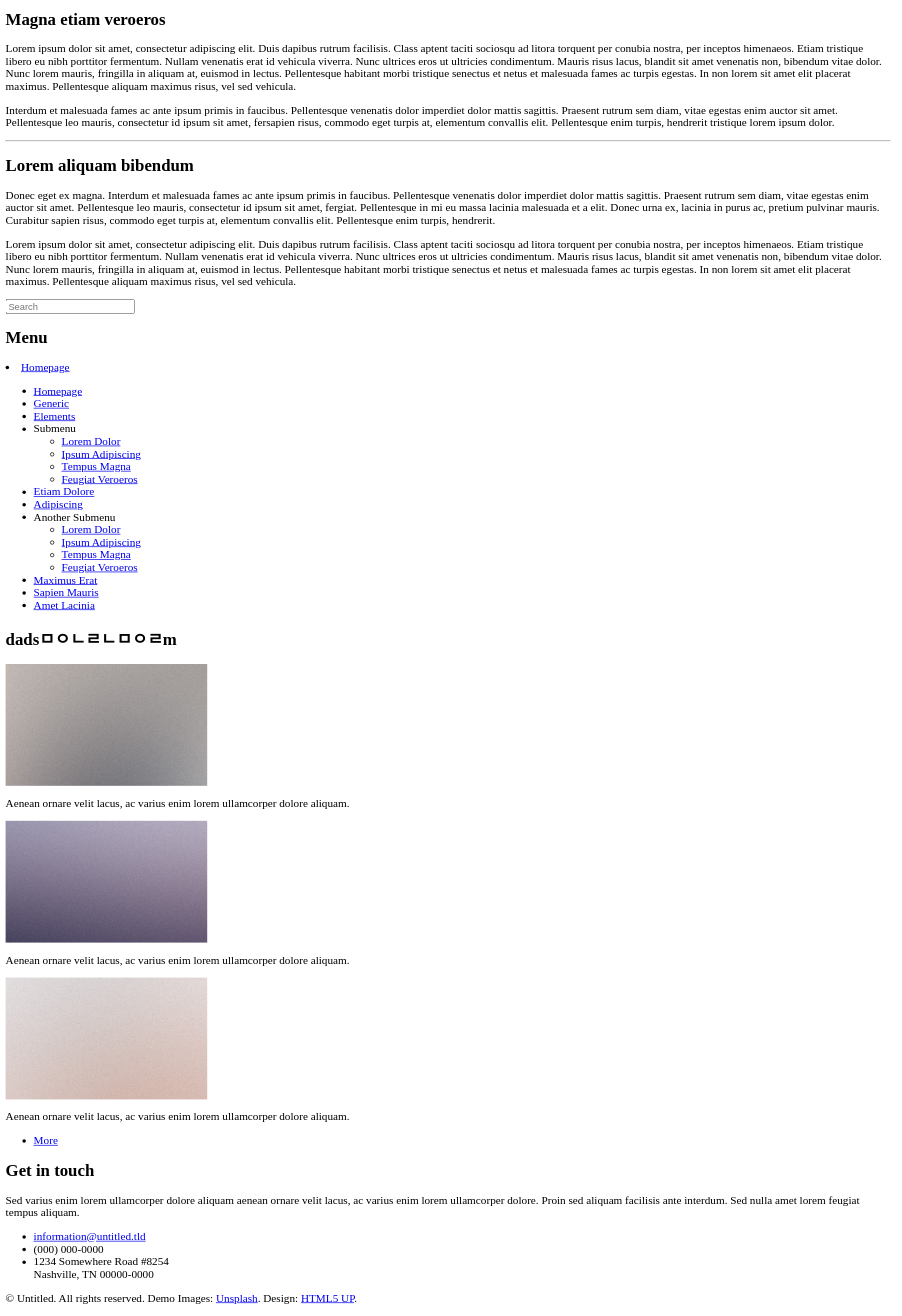
Repository: noCountJun/blog
Page: http://localhost/blogProject2/WEB-INF/views/board/bootTest.jsp
An editor plug-in stored every save of this project. The page is shown before and after the next save, followed by the edit.
The browser window is 1280 px wide. The page is 1288 px wide, so the pictures cover 1288 px, including what lies to the right of the window. The pictures show the part of the page from y = 1111 to 2991 px (the page is 2991 px tall before and 2957 px after), at 70% of full size.
The page is served by Tomcat 9. Nobody is signed in. Other server files are loaded and not shown. The template is opened directly, without the code that normally fills it, so the values that code supplies are empty.

Above is the page before, as saved 2019-08-20 07:26:15.

### blogProject2/src/main/webapp/WEB-INF/views/board/bootTest.jsp
<%@ page contentType="text/html; charset=utf-8" pageEncoding="utf-8"%>
<%@ taglib uri="http://java.sun.com/jsp/jstl/core" prefix="c" %>
<%@ page session="false" %>




		<!-- Wrapper -->
			<div id="wrapper">

				<!-- Main -->
					<div id="main">
						<div class="inner">

							<!-- Header -->
								<header id="header">
									<a href="index.html" class="logo"><strong>Editorial</strong> by HTML5 UP</a>
									<ul class="icons">
										<li><a href="#" class="icon brands fa-twitter"><span class="label">Twitter</span></a></li>
										<li><a href="#" class="icon brands fa-facebook-f"><span class="label">Facebook</span></a></li>
										<li><a href="#" class="icon brands fa-snapchat-ghost"><span class="label">Snapchat</span></a></li>
										<li><a href="#" class="icon brands fa-instagram"><span class="label">Instagram</span></a></li>
										<li><a href="#" class="icon brands fa-medium-m"><span class="label">Medium</span></a></li>
									</ul>
								</header>

							<!-- Content -->
								<section>
									<header class="main">
										<h1>Generic</h1>
									</header>

									<span class="image main"><img src="/resources/images/pic11.jpg" alt="" /></span>

									<p>Donec eget ex magna. Interdum et malesuada fames ac ante ipsum primis in faucibus. Pellentesque venenatis dolor imperdiet dolor mattis sagittis. Praesent rutrum sem diam, vitae egestas enim auctor sit amet. Pellentesque leo mauris, consectetur id ipsum sit amet, fergiat. Pellentesque in mi eu massa lacinia malesuada et a elit. Donec urna ex, lacinia in purus ac, pretium pulvinar mauris. Curabitur sapien risus, commodo eget turpis at, elementum convallis elit. Pellentesque enim turpis, hendrerit.</p>
									<p>Lorem ipsum dolor sit amet, consectetur adipiscing elit. Duis dapibus rutrum facilisis. Class aptent taciti sociosqu ad litora torquent per conubia nostra, per inceptos himenaeos. Etiam tristique libero eu nibh porttitor fermentum. Nullam venenatis erat id vehicula viverra. Nunc ultrices eros ut ultricies condimentum. Mauris risus lacus, blandit sit amet venenatis non, bibendum vitae dolor. Nunc lorem mauris, fringilla in aliquam at, euismod in lectus. Pellentesque habitant morbi tristique senectus et netus et malesuada fames ac turpis egestas. In non lorem sit amet elit placerat maximus. Pellentesque aliquam maximus risus, vel sed vehicula.</p>
									<p>Interdum et malesuada fames ac ante ipsum primis in faucibus. Pellentesque venenatis dolor imperdiet dolor mattis sagittis. Praesent rutrum sem diam, vitae egestas enim auctor sit amet. Pellentesque leo mauris, consectetur id ipsum sit amet, fersapien risus, commodo eget turpis at, elementum convallis elit. Pellentesque enim turpis, hendrerit tristique lorem ipsum dolor.</p>

									<hr class="major" />

									<h2>Interdum sed dapibus</h2>
									<p>Donec eget ex magna. Interdum et malesuada fames ac ante ipsum primis in faucibus. Pellentesque venenatis dolor imperdiet dolor mattis sagittis. Praesent rutrum sem diam, vitae egestas enim auctor sit amet. Pellentesque leo mauris, consectetur id ipsum sit amet, fergiat. Pellentesque in mi eu massa lacinia malesuada et a elit. Donec urna ex, lacinia in purus ac, pretium pulvinar mauris. Curabitur sapien risus, commodo eget turpis at, elementum convallis elit. Pellentesque enim turpis, hendrerit.</p>
									<p>Lorem ipsum dolor sit amet, consectetur adipiscing elit. Duis dapibus rutrum facilisis. Class aptent taciti sociosqu ad litora torquent per conubia nostra, per inceptos himenaeos. Etiam tristique libero eu nibh porttitor fermentum. Nullam venenatis erat id vehicula viverra. Nunc ultrices eros ut ultricies condimentum. Mauris risus lacus, blandit sit amet venenatis non, bibendum vitae dolor. Nunc lorem mauris, fringilla in aliquam at, euismod in lectus. Pellentesque habitant morbi tristique senectus et netus et malesuada fames ac turpis egestas. In non lorem sit amet elit placerat maximus. Pellentesque aliquam maximus risus, vel sed vehicula. Interdum et malesuada fames ac ante ipsum primis in faucibus. Pellentesque venenatis dolor imperdiet dolor mattis sagittis. Praesent rutrum sem diam, vitae egestas enim auctor sit amet. Pellentesque leo mauris, consectetur id ipsum sit amet, fersapien risus, commodo eget turpis at, elementum convallis elit. Pellentesque enim turpis, hendrerit tristique lorem ipsum dolor.</p>

									<hr class="major" />

									<h2>Magna etiam veroeros</h2>
									<p>Lorem ipsum dolor sit amet, consectetur adipiscing elit. Duis dapibus rutrum facilisis. Class aptent taciti sociosqu ad litora torquent per conubia nostra, per inceptos himenaeos. Etiam tristique libero eu nibh porttitor fermentum. Nullam venenatis erat id vehicula viverra. Nunc ultrices eros ut ultricies condimentum. Mauris risus lacus, blandit sit amet venenatis non, bibendum vitae dolor. Nunc lorem mauris, fringilla in aliquam at, euismod in lectus. Pellentesque habitant morbi tristique senectus et netus et malesuada fames ac turpis egestas. In non lorem sit amet elit placerat maximus. Pellentesque aliquam maximus risus, vel sed vehicula.</p>
									<p>Interdum et malesuada fames ac ante ipsum primis in faucibus. Pellentesque venenatis dolor imperdiet dolor mattis sagittis. Praesent rutrum sem diam, vitae egestas enim auctor sit amet. Pellentesque leo mauris, consectetur id ipsum sit amet, fersapien risus, commodo eget turpis at, elementum convallis elit. Pellentesque enim turpis, hendrerit tristique lorem ipsum dolor.</p>

									<hr class="major" />

									<h2>Lorem aliquam bibendum</h2>
									<p>Donec eget ex magna. Interdum et malesuada fames ac ante ipsum primis in faucibus. Pellentesque venenatis dolor imperdiet dolor mattis sagittis. Praesent rutrum sem diam, vitae egestas enim auctor sit amet. Pellentesque leo mauris, consectetur id ipsum sit amet, fergiat. Pellentesque in mi eu massa lacinia malesuada et a elit. Donec urna ex, lacinia in purus ac, pretium pulvinar mauris. Curabitur sapien risus, commodo eget turpis at, elementum convallis elit. Pellentesque enim turpis, hendrerit.</p>
									<p>Lorem ipsum dolor sit amet, consectetur adipiscing elit. Duis dapibus rutrum facilisis. Class aptent taciti sociosqu ad litora torquent per conubia nostra, per inceptos himenaeos. Etiam tristique libero eu nibh porttitor fermentum. Nullam venenatis erat id vehicula viverra. Nunc ultrices eros ut ultricies condimentum. Mauris risus lacus, blandit sit amet venenatis non, bibendum vitae dolor. Nunc lorem mauris, fringilla in aliquam at, euismod in lectus. Pellentesque habitant morbi tristique senectus et netus et malesuada fames ac turpis egestas. In non lorem sit amet elit placerat maximus. Pellentesque aliquam maximus risus, vel sed vehicula.</p>

								</section>

						</div>
					</div>

				<!-- Sidebar -->
<jsp:include page="/WEB-INF/views/category/category.jsp" />
			</div>

### blogProject2/src/main/webapp/WEB-INF/views/category/category.jsp
<%@ page contentType="text/html; charset=utf-8" pageEncoding="utf-8"%>
<%@ taglib uri="http://java.sun.com/jsp/jstl/core" prefix="c"%>
<%@ page session="false"%>

<div id="sidebar">
	<div class="inner">

		<!-- Search -->
		<section id="search" class="alt">
			<form method="post" action="#">
				<input type="text" name="query" id="query" placeholder="Search" />
			</form>
		</section>

		<!-- Menu -->
		<nav id="menu">
			<header class="major">
				<h2>Menu</h2>
				<li><a href="index.html">Homepage</a></li>
			</header>
			<ul>
				<li><a href="index.html">Homepage</a></li>
				<li><a href="generic.html">Generic</a></li>
				<li><a href="elements.html">Elements</a></li>
				<li>
					<span class="opener">Submenu</span>
					<ul>
						<li><a href="#">Lorem Dolor</a></li>
						<li><a href="#">Ipsum Adipiscing</a></li>
						<li><a href="#">Tempus Magna</a></li>
						<li><a href="#">Feugiat Veroeros</a></li>
					</ul>
				</li>
				<li><a href="#">Etiam Dolore</a></li>
				<li><a href="#">Adipiscing</a></li>
				<li>
					<span class="opener">Another Submenu</span>
					<ul>
						<li><a href="#">Lorem Dolor</a></li>
						<li><a href="#">Ipsum Adipiscing</a></li>
						<li><a href="#">Tempus Magna</a></li>
						<li><a href="#">Feugiat Veroeros</a></li>
					</ul>
				</li>
				<li><a href="#">Maximus Erat</a></li>
				<li><a href="#">Sapien Mauris</a></li>
				<li><a href="#">Amet Lacinia</a></li>
			</ul>
		</nav>

		<!-- Section -->
		<section>
			<header class="major">
				<h2>dadsㅁㅇㄴㄹㄴㅁㅇㄹm</h2>
			</header>
			<div class="mini-posts">
				<article>
					<a href="#" class="image"><img src="/resources/images/pic07.jpg" alt="" /></a>
					<p>Aenean ornare velit lacus, ac varius enim lorem ullamcorper dolore aliquam.</p>
				</article>
				<article>
					<a href="#" class="image"><img src="/resources/images/pic08.jpg" alt="" /></a>
					<p>Aenean ornare velit lacus, ac varius enim lorem ullamcorper dolore aliquam.</p>
				</article>
				<article>
					<a href="#" class="image"><img src="/resources/images/pic09.jpg" alt="" /></a>
					<p>Aenean ornare velit lacus, ac varius enim lorem ullamcorper dolore aliquam.</p>
				</article>
			</div>
			<ul class="actions">
				<li><a href="#" class="button">More</a></li>
			</ul>
		</section>

		<!-- Section -->
		<section>
			<header class="major">
				<h2>Get in touch</h2>
			</header>
			<p>Sed varius enim lorem ullamcorper dolore aliquam aenean ornare velit lacus, ac varius enim lorem ullamcorper dolore. Proin sed aliquam facilisis ante interdum. Sed nulla amet lorem feugiat tempus aliquam.</p>
			<ul class="contact">
				<li class="icon solid fa-envelope"><a href="#">information@untitled.tld</a></li>
				<li class="icon solid fa-phone">(000) 000-0000</li>
				<li class="icon solid fa-home">1234 Somewhere Road #8254<br />
				Nashville, TN 00000-0000</li>
			</ul>
		</section>

		<footer id="footer">
			<p class="copyright">&copy; Untitled. All rights reserved. Demo Images: <a href="https://unsplash.com">Unsplash</a>. Design: <a href="https://html5up.net">HTML5 UP</a>.</p>
		</footer>

	</div>
</div>

After the next save:
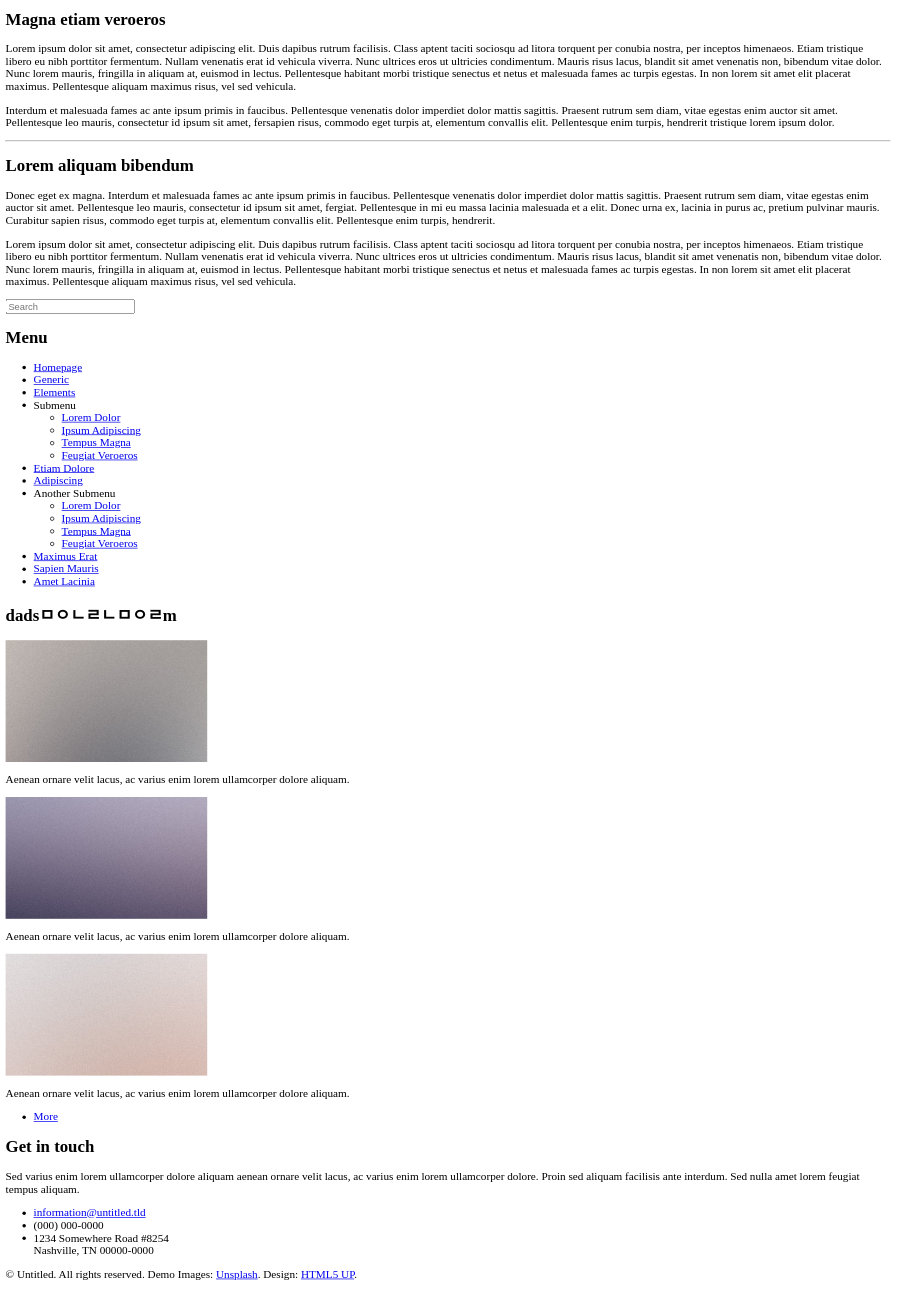
Saved 29 s later.
--- a/blogProject2/src/main/webapp/WEB-INF/views/category/category.jsp
+++ b/blogProject2/src/main/webapp/WEB-INF/views/category/category.jsp
@@ -16,7 +16,6 @@
 		<nav id="menu">
 			<header class="major">
 				<h2>Menu</h2>
-				<li><a href="index.html">Homepage</a></li>
 			</header>
 			<ul>
 				<li><a href="index.html">Homepage</a></li>
